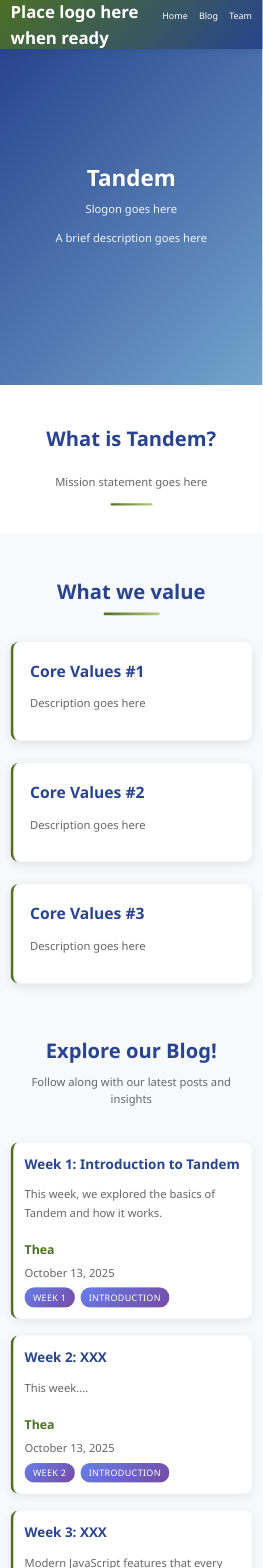
Repository: Bcit-sandy/TandemBlog
Page: /
An editor plug-in stored every save of this project. The page is shown before and after the next save, followed by the edit.
The browser window is 375 px wide. The pictures show the part of the page from y = 0 to 2240 px (the page is 2983 px tall before and 2903 px after), at 70% of full size.
The project was rebuilt for these pictures with package versions that can differ from the ones it lists, and the page was loaded fresh each time. Also part of the build but not shown: vite.config.js, src/pages/BlogPost.jsx, src/pages/About.css, src/pages/About.jsx.

Above is the page before, as saved 2025-10-13 16:12:01.

### src/index.css
:root {
  /* Typography & base */
  font-family: system-ui, Avenir, Helvetica, Arial, sans-serif;
  line-height: 1.5;
  font-weight: 400;
  color-scheme: light dark;
  color: rgba(255, 255, 255, 0.87);
  background-color: #242424;
  font-synthesis: none;
  text-rendering: optimizeLegibility;
  -webkit-font-smoothing: antialiased;
  -moz-osx-font-smoothing: grayscale;

  /* Color variables */
  --white: #ffffff;
  --black: #000000;

  --light-gray: #f5f7fb;
  --text-gray: #6b7280;
  --dark-gray: #2c3e50;
  --gray-500: #7f8c8d;
  --gray-200: #ecf0f1;
  --border-light: #f0f0f0;

  --blue-primary: #3b82f6;
  --blue-secondary: #60a5fa;

  --green-primary: #10b981;
  --green-secondary: #34d399;

  --indigo: #667eea;
  --purple: #764ba2;

  --link: #646cff;
  --link-hover: #535bf2;
  --link-hover-light: #747bff;

  --button-bg-dark: #1a1a1a;
}

a {
  font-weight: 500;
  color: var(--link);
  text-decoration: inherit;
}
a:hover {
  color: var(--link-hover);
}

html, body {
  margin: 0;
  padding: 0;
  min-width: 320px;
  font-family: system-ui, Avenir, Helvetica, Arial, sans-serif;
  background-color: var(--light-gray);
  overflow-x: hidden;
}

h1 {
  font-size: 3.2em;
  line-height: 1.1;
}

button {
  border-radius: 8px;
  border: 1px solid transparent;
  padding: 0.6em 1.2em;
  font-size: 1em;
  font-weight: 500;
  font-family: inherit;
  background-color: var(--button-bg-dark);
  cursor: pointer;
  transition: border-color 0.25s;
}
button:hover {
  border-color: var(--link);
}
button:focus,
button:focus-visible {
  outline: 4px auto -webkit-focus-ring-color;
}

@media (prefers-color-scheme: light) {
  :root {
    color: #213547;
    background-color: var(--white);
  }
  a:hover {
    color: var(--link-hover-light);
  }
  button {
    background-color: #f9f9f9;
  }
}

### src/App.jsx
import { BrowserRouter as Router, Routes, Route } from 'react-router-dom';
import Navbar from './components/Navbar';
import Home from './pages/Home';
import Blog from './pages/Blog';
import BlogPost from './pages/BlogPost';
import About from './pages/About';
import './App.css';

function App() {
  return (
    <Router>
      <div className="App">
        <Navbar />
        <main>
          <Routes>
            <Route path="/" element={<Home />} />
            <Route path="/blog" element={<Blog />} />
            <Route path="/blog/:id" element={<BlogPost />} />
            <Route path="/about" element={<About />} />
          </Routes>
        </main>
      </div>
    </Router>
  );
}

export default App;

### src/components/Navbar.jsx
import { Link } from 'react-router-dom';
import './Navbar.css';

const Navbar = () => {
  return (
    <nav className="navbar">

      <div className="nav-container">
        <Link to="/" className="nav-logo">
          Place logo here when ready
          {/*remeber to put the logo in the public folder, import it, and use <img src={logo} alt="logo" /> */}
        </Link>

        <ul className="nav-menu">
          <li className="nav-item">
            <Link to="/" className="nav-link">
              Home
            </Link>
          </li>

          <li className="nav-item">
            <Link to="/blog" className="nav-link">
              Blog
            </Link>
          </li>

          <li className="nav-item">
            <Link to="/about" className="nav-link">
              Team
            </Link>
          </li>

        </ul>
      </div>
    </nav>
  );
};

export default Navbar;

### src/pages/Home.jsx
import './Home.css';
import Blog from './Blog';

const Home = () => {
  return (
    <div className="home">
      <section className="hero">
        <div className="hero-content">
          <h1>Tandem</h1>
          <p>Slogon goes here</p>
          <p> A brief description goes here</p>
        </div>
      </section>

      <section className="our-mission">
        <div className="mission-content">
          <h1>What is Tandem?</h1>
          <p>Mission statement goes here</p>
        </div>
      </section>


      <section className="featured-posts">
        <h2>What we value</h2>

        <div className="posts-grid">
          <article className="post-card">
            <h3>Core Values #1</h3>
            <p>Description goes here</p>
          </article>

          <article className="post-card">
            <h3>Core Values #2</h3>
            <p>Description goes here</p>
          </article>

          <article className="post-card">
            <h3>Core Values #3</h3>
            <p>Description goes here</p>
          </article>

        </div>
      </section>

      <section>
        <Blog/>
      </section>

    </div>
  );
};

export default Home;

### src/pages/Blog.jsx
import { useState, useEffect } from 'react';
import { useNavigate } from 'react-router-dom';
import './Blog.css';
import postsData from '../data/posts.json';

const Blog = () => {
  const navigate = useNavigate();
  const [posts, setPosts] = useState([]);

  useEffect(() => {
    setPosts(postsData);
  }, []);

  const handlePostClick = (post) => {
    navigate(`/blog/${post.id}`);
  };

  return (
    <div className="blog">
      <div className="blog-container">
        <header className="blog-header">
          <h1>Explore our Blog!</h1>
          <p>Follow along with our latest posts and insights</p>
        </header>

        <div className="posts-list">
          {posts.map(post => (
            <article key={post.id} className="post-item" onClick={() => handlePostClick(post)}>
              <div className="post-info">
                <h3>{post.title}</h3>
                <p>{post.excerpt}</p>
                <div className="post-meta">
                  <span className="author">{post.author}</span>
                  <span className="date">{post.date}</span>
                  <div className="categories">
                    {post.category.map((cat, index) => (
                      <span key={index} className="category">{cat}</span>
                    ))}
                  </div>
                </div>
              </div>
            </article>
          ))}
        </div>
      </div>
    </div>
  );
};

export default Blog;

### src/App.css
/* Color Variables */
:root {
  --green-primary: #4C7026;
  --green-secondary: #B6CF7B;
  --blue-primary: #28448E;
  --blue-secondary: #73A4CD;
  --white: #ffffff;
  --light-gray: #f8f9fa;
  --dark-gray: #333333;
  --text-gray: #666666;
}

/* Global Styles */
* {
  margin: 0;
  padding: 0;
  box-sizing: border-box;
}

body {
  font-family: 'Segoe UI', Tahoma, Geneva, Verdana, sans-serif;
  line-height: 1.6;
  color: #333;
  background-color: #f8f9fa;
}

.App {
  min-height: 100vh;
  display: flex;
  flex-direction: column;
  width: 100%;
}

main {
  flex: 1;
  width: 100%;
  display: flex;
  flex-direction: column;
}

/* Utility Classes */
.container {
  max-width: 1200px;
  margin: 0 auto;
  padding: 0 20px;
}

.btn {
  display: inline-block;
  padding: 12px 24px;
  border: none;
  border-radius: 6px;
  text-decoration: none;
  font-weight: 600;
  cursor: pointer;
  transition: all 0.3s ease;
}

.btn-primary {
  background-color: var(--green-primary);
  color: var(--white);
}

.btn-primary:hover {
  background-color: var(--green-secondary);
  transform: translateY(-2px);
}

.btn-secondary {
  background-color: var(--blue-primary);
  color: var(--white);
}

.btn-secondary:hover {
  background-color: var(--blue-secondary);
  transform: translateY(-2px);
}

/* Responsive Design */
@media (max-width: 768px) {
  main {
    padding-top: 70px;
  }

  .container {
    padding: 0 15px;
  }
}

### src/components/Navbar.css
.navbar {
  position: fixed;
  top: 0;
  left: 0;
  right: 0;
  background: linear-gradient(135deg, var(--green-primary), var(--blue-primary));
  box-shadow: 0 2px 10px rgba(0, 0, 0, 0.1);
  z-index: 1000;
  height: 70px;
}

.nav-container {
  max-width: 1200px;
  margin: 0 auto;
  padding: 0 20px;
  display: flex;
  justify-content: space-between;
  align-items: center;
  height: 100%;
}

.nav-logo {
  font-size: 1.8rem;
  font-weight: bold;
  color: var(--white);
  text-decoration: none;
  transition: color 0.3s ease;
}

.nav-logo:hover {
  color: var(--green-secondary);
}

.nav-menu {
  display: flex;
  list-style: none;
  gap: 2rem;
  margin: 0;
  padding: 0;
}

.nav-item {
  position: relative;
}

.nav-link {
  color: var(--white);
  text-decoration: none;
  font-weight: 500;
  padding: 8px 16px;
  border-radius: 6px;
  transition: all 0.3s ease;
  position: relative;
}

.nav-link:hover {
  background-color: rgba(255, 255, 255, 0.1);
  color: var(--green-secondary);
}

.nav-link::after {
  content: '';
  position: absolute;
  bottom: -5px;
  left: 50%;
  width: 0;
  height: 2px;
  background-color: var(--green-secondary);
  transition: all 0.3s ease;
  transform: translateX(-50%);
}

.nav-link:hover::after {
  width: 80%;
}

/* Mobile Navigation */
@media (max-width: 768px) {
  .nav-container {
    padding: 0 15px;
  }

  .nav-logo {
    font-size: 1.5rem;
  }

  .nav-menu {
    gap: 1rem;
  }

  .nav-link {
    padding: 6px 12px;
    font-size: 0.9rem;
  }
}

@media (max-width: 480px) {
  .nav-menu {
    gap: 0.5rem;
  }

  .nav-link {
    padding: 4px 8px;
    font-size: 0.8rem;
  }
}

### src/pages/Home.css
.home {
  width: 100%;
  display: flex;
  flex-direction: column;
}

.hero {
  background: linear-gradient(135deg, var(--blue-primary), var(--blue-secondary));
  color: var(--white);
  padding: 80px 0;
  text-align: center;
  position: relative;
  overflow: hidden;
  min-height: 60vh;
  display: flex;
  align-items: center;
  justify-content: center;
}

.hero::before {
  content: '';
  position: absolute;
  top: 0;
  left: 0;
  right: 0;
  bottom: 0;
  background: url('data:[embedded picture, 296 characters]');
  opacity: 0.1;
}

.hero-content {
  position: relative;
  z-index: 1;
  width: 100%;
  max-width: 1200px;
  margin: 0 auto;
  padding: 0 20px;
}

.hero-content h1 {
  font-size: 3.5rem;
  margin-bottom: 1rem;
  font-weight: 700;
  text-shadow: 0 2px 4px rgba(0, 0, 0, 0.1);
}

.hero-content p {
  font-size: 1.3rem;
  margin-bottom: 1rem;
  max-width: 600px;
  margin-left: auto;
  margin-right: auto;
  opacity: 0.9;
}

.hero-content p:last-child {
  margin-bottom: 2rem;
}

/* Our Mission Section */
.our-mission {
  padding: 80px 0;
  background: var(--white);
  text-align: center;
}

.mission-content {
  max-width: 800px;
  margin: 0 auto;
  padding: 0 20px;
}

.mission-content h1 {
  font-size: 2.8rem;
  color: var(--blue-primary);
  margin-bottom: 2rem;
  font-weight: 700;
}

.mission-content p {
  font-size: 1.2rem;
  color: var(--text-gray);
  line-height: 1.8;
  max-width: 600px;
  margin: 0 auto;
  position: relative;
}

.mission-content p::after {
  content: '';
  position: absolute;
  bottom: -20px;
  left: 50%;
  transform: translateX(-50%);
  width: 60px;
  height: 3px;
  background: linear-gradient(90deg, var(--green-primary), var(--green-secondary));
  border-radius: 2px;
}

.featured-posts {
  padding: 80px 0;
  background-color: var(--light-gray);
}

.featured-posts h2 {
  text-align: center;
  font-size: 2.5rem;
  margin-bottom: 3rem;
  color: var(--blue-primary);
  position: relative;
}

.featured-posts h2::after {
  content: '';
  position: absolute;
  bottom: -10px;
  left: 50%;
  transform: translateX(-50%);
  width: 80px;
  height: 4px;
  background: linear-gradient(90deg, var(--green-primary), var(--green-secondary));
  border-radius: 2px;
}

.posts-grid {
  max-width: 1200px;
  margin: 0 auto;
  padding: 0 20px;
  display: grid;
  grid-template-columns: repeat(auto-fit, minmax(350px, 1fr));
  gap: 2rem;
}

.post-card {
  background: var(--white);
  border-radius: 12px;
  padding: 2rem;
  box-shadow: 0 4px 15px rgba(0, 0, 0, 0.1);
  transition: all 0.3s ease;
  border-left: 4px solid var(--green-primary);
  position: relative;
  overflow: hidden;
}

.post-card::before {
  content: '';
  position: absolute;
  top: 0;
  left: 0;
  right: 0;
  height: 4px;
  background: linear-gradient(90deg, var(--green-primary), var(--green-secondary));
  transform: scaleX(0);
  transition: transform 0.3s ease;
}

.post-card:hover::before {
  transform: scaleX(1);
}

.post-card:hover {
  transform: translateY(-5px);
  box-shadow: 0 8px 30px rgba(0, 0, 0, 0.15);
}

.post-card h3 {
  color: var(--blue-primary);
  font-size: 1.4rem;
  margin-bottom: 1rem;
  font-weight: 600;
}

.post-card p {
  color: var(--text-gray);
  margin-bottom: 1rem;
  line-height: 1.6;
}

.post-date {
  color: var(--green-primary);
  font-weight: 500;
  font-size: 0.9rem;
}

/* Responsive Design */
@media (max-width: 768px) {
  .hero-content h1 {
    font-size: 2.5rem;
  }

  .hero-content p {
    font-size: 1.1rem;
  }

  .mission-content h1 {
    font-size: 2.2rem;
  }

  .mission-content p {
    font-size: 1.1rem;
  }

  .featured-posts h2 {
    font-size: 2rem;
  }

  .posts-grid {
    grid-template-columns: 1fr;
    padding: 0 15px;
  }

  .post-card {
    padding: 1.5rem;
  }
}

@media (max-width: 480px) {
  .hero {
    padding: 60px 0;
  }

  .hero-content h1 {
    font-size: 2rem;
  }

  .hero-content p {
    font-size: 1rem;
  }

  .our-mission {
    padding: 60px 0;
  }

  .mission-content h1 {
    font-size: 1.8rem;
  }

  .mission-content p {
    font-size: 1rem;
  }

  .featured-posts {
    padding: 60px 0;
  }

  .featured-posts h2 {
    font-size: 1.8rem;
  }
}

### src/pages/Blog.css
.blog {
  width: 100%;
  background-color: var(--light-gray);
  padding: 40px 0;
  min-height: 80vh;
}

.blog-container {
  max-width: 1200px;
  width: 100%;
  margin: 0 auto;
  padding: 0 20px;
  display: flex;
  flex-direction: column;
  align-items: center;
}

.blog-header {
  text-align: center;
  margin-bottom: 3rem;
}

.blog-header h1 {
  font-size: 2.8rem;
  color: var(--blue-primary);
  margin-bottom: 1rem;
  font-weight: 700;
}

.blog-header p {
  font-size: 1.2rem;
  color: var(--text-gray);
  max-width: 600px;
  margin: 0 auto;
}

.posts-list {
  display: grid;
  grid-template-columns: repeat(2, 1fr);
  gap: 1.5rem;
  max-width: 1000px;
  width: 100%;
  justify-content: center;
}

.post-item {
  background: var(--white);
  border-radius: 12px;
  padding: 2rem;
  box-shadow: 0 4px 15px rgba(0, 0, 0, 0.08);
  transition: all 0.3s ease;
  cursor: pointer;
  border-left: 4px solid var(--green-primary);
}

.post-item:hover {
  transform: translateY(-3px);
  box-shadow: 0 8px 25px rgba(0, 0, 0, 0.12);
  border-left-color: var(--green-secondary);
}

.post-info h3 {
  color: var(--blue-primary);
  font-size: 1.5rem;
  margin-bottom: 1rem;
  font-weight: 600;
}

.post-info p {
  color: var(--text-gray);
  margin-bottom: 1.5rem;
  line-height: 1.6;
}

.post-meta {
  display: flex;
  gap: 1.5rem;
  flex-wrap: wrap;
  font-size: 0.9rem;
}

.post-meta .author {
  color: var(--green-primary);
  font-weight: 600;
}

.post-meta .date {
  color: var(--text-gray);
}

.categories {
  display: flex;
  gap: 0.5rem;
  flex-wrap: wrap;
}

.post-meta .category {
  background-color: var(--blue-secondary);
  color: var(--white);
  padding: 4px 12px;
  border-radius: 20px;
  font-size: 0.8rem;
  font-weight: 500;
}

/* Blog Post Detail View */
.back-button {
  background-color: var(--blue-primary);
  color: var(--white);
  border: none;
  padding: 10px 20px;
  border-radius: 6px;
  cursor: pointer;
  font-weight: 500;
  margin-bottom: 2rem;
  transition: all 0.3s ease;
}

.back-button:hover {
  background-color: var(--blue-secondary);
  transform: translateX(-3px);
}

.blog-post {
  background: var(--white);
  border-radius: 12px;
  padding: 3rem;
  box-shadow: 0 4px 20px rgba(0, 0, 0, 0.1);
  border-left: 4px solid var(--green-primary);
}

.post-header h1 {
  color: var(--blue-primary);
  font-size: 2.5rem;
  margin-bottom: 1.5rem;
  font-weight: 700;
  line-height: 1.3;
}

.post-header .post-meta {
  margin-bottom: 2rem;
  padding-bottom: 1.5rem;
  border-bottom: 2px solid var(--light-gray);
}

.post-content {
  font-size: 1.1rem;
  line-height: 1.8;
  color: var(--dark-gray);
}

.post-content p {
  margin-bottom: 1.5rem;
}

/* Responsive Design */
@media (max-width: 1024px) {
  .posts-list {
    max-width: 800px;
    width: 100%;
  }
}

@media (max-width: 768px) {
  .posts-list {
    grid-template-columns: 1fr;
    max-width: 600px;
    width: 100%;
  }

  .blog-header h1 {
    font-size: 2.2rem;
  }

  .blog-header p {
    font-size: 1rem;
  }

  .post-item {
    padding: 1.5rem;
  }

  .post-info h3 {
    font-size: 1.3rem;
  }

  .post-meta {
    gap: 1rem;
  }

  .blog-post {
    padding: 2rem;
  }

  .post-header h1 {
    font-size: 2rem;
  }
}

@media (max-width: 480px) {
  .blog {
    padding: 20px 0;
  }

  .blog-container {
    padding: 0 15px;
  }

  .blog-header h1 {
    font-size: 1.8rem;
  }

  .post-item {
    padding: 1rem;
  }

  .post-info h3 {
    font-size: 1.2rem;
  }

  .post-meta {
    flex-direction: column;
    gap: 0.5rem;
  }

  .categories {
    justify-content: center;
  }

  .blog-post {
    padding: 1.5rem;
  }

  .post-header h1 {
    font-size: 1.6rem;
  }
}

### src/data/posts.json
[
  {
    "id": 1,
    "title": "Week 1: Introduction to Tandem",
    "excerpt": "This week, we explored the basics of Tandem and how it works.",
    "content": "What happened this week?",
    "author": "Thea",
    "date": "October 13, 2025",
    "category": ["Week 1", "Introduction"]
  },
  {
    "id": 2,
    "title": "Week 2: XXX",
    "excerpt": "This week....",
    "content": "Detailed description of what happened this week.",
    "author": "Thea",
    "date": "October 13, 2025",
    "category": ["Week 2", "Introduction"]
  },
  {
    "id": 3,
    "title": "Week 3: XXX",
    "excerpt": "Modern JavaScript features that every developer should know.",
    "content": "Lorem ipsum dolor sit amet, consectetur adipiscing elit. Sed do eiusmod tempor incididunt ut labore et dolore magna aliqua.",
    "author": "Mike Johnson",
    "date": "March 15, 2024",
    "category": ["JavaScript", "ES6", "Programming"]
  },
  {
    "id": 4,
    "title": "Week 4: XXX",
    "excerpt": "Best practices for creating websites that work on all devices.",
    "content": "Lorem ipsum dolor sit amet, consectetur adipiscing elit. Sed do eiusmod tempor incididunt ut labore et dolore magna aliqua.",
    "author": "Sarah Wilson",
    "date": "March 12, 2024",
    "category": ["Web Design", "Responsive", "UX"]
  },
  {
    "id": 5,
    "title": "Week 5: XXX",
    "excerpt": "Getting started with server-side JavaScript development.",
    "content": "Node.js allows you to run JavaScript on the server, opening up new possibilities for full-stack development. Built on Chrome's V8 JavaScript engine, Node.js provides a non-blocking, event-driven architecture that's perfect for building scalable network applications. You can use the same language (JavaScript) for both frontend and backend development, which simplifies the development process and allows for code sharing. Node.js comes with npm, the world's largest software registry, giving you access to thousands of packages. Popular frameworks like Express.js make it easy to build web servers and APIs. The event loop handles asynchronous operations efficiently, making Node.js particularly good for real-time applications, APIs, and microservices. Whether you're building a simple web server or a complex application, Node.js provides the tools and ecosystem you need.",
    "author": "David Brown",
    "date": "March 10, 2024",
    "category": ["Backend", "Node.js", "Server"]
  }
]

### src/pages/BlogPost.css
.blog-post {
  width: 100%;
  background: linear-gradient(135deg, var(--indigo) 0%, var(--purple) 100%);
  padding: 2rem 0;
  min-height: 80vh;
}

.blog-post-container {
  max-width: 800px;
  width: 100%;
  margin: 0 auto;
  padding: 0 1rem;
}

.back-button {
  background: rgba(255, 255, 255, 0.1);
  border: 2px solid rgba(255, 255, 255, 0.2);
  color: var(--white);
  padding: 0.75rem 1.5rem;
  border-radius: 50px;
  font-size: 1rem;
  font-weight: 600;
  cursor: pointer;
  transition: all 0.3s ease;
  margin-bottom: 2rem;
  backdrop-filter: blur(10px);
}

.back-button:hover {
  background: rgba(255, 255, 255, 0.2);
  border-color: rgba(255, 255, 255, 0.3);
  transform: translateY(-2px);
  box-shadow: 0 8px 25px rgba(0, 0, 0, 0.15);
}

.post-detail {
  background: var(--white);
  border-radius: 20px;
  padding: 3rem;
  box-shadow: 0 20px 60px rgba(0, 0, 0, 0.1);
  backdrop-filter: blur(10px);
  border: 1px solid rgba(255, 255, 255, 0.2);
}

.post-header {
  margin-bottom: 2rem;
  padding-bottom: 2rem;
  border-bottom: 2px solid var(--border-light);
}

.post-title {
  font-size: 2.5rem;
  font-weight: 700;
  color: var(--dark-gray);
  margin-bottom: 1.5rem;
  line-height: 1.2;
}

.post-meta {
  display: flex;
  flex-direction: column;
  gap: 0.5rem;
}

.meta-row {
  display: flex;
  justify-content: space-between;
  align-items: center;
  flex-wrap: wrap;
  gap: 1rem;
}

.author {
  font-weight: 600;
  color: var(--indigo);
  font-size: 1.1rem;
}

.date {
  color: var(--gray-500);
  font-size: 1rem;
}

.categories {
  display: flex;
  gap: 0.5rem;
  flex-wrap: wrap;
}

.category {
  background: linear-gradient(135deg, var(--indigo), var(--purple));
  color: var(--white);
  padding: 0.5rem 1rem;
  border-radius: 25px;
  font-size: 0.9rem;
  font-weight: 600;
  text-transform: uppercase;
  letter-spacing: 0.5px;
}

.post-content {
  margin: 2rem 0;
  line-height: 1.8;
  font-size: 1.1rem;
  color: var(--dark-gray);
}

.post-content p {
  margin-bottom: 1.5rem;
  text-align: justify;
}

.post-footer {
  margin-top: 3rem;
  padding-top: 2rem;
  border-top: 2px solid #f0f0f0;
  display: flex;
  justify-content: space-between;
  align-items: center;
  flex-wrap: wrap;
  gap: 1rem;
}

.post-tags {
  display: flex;
  gap: 0.5rem;
  flex-wrap: wrap;
}

.tag {
  background: var(--gray-200);
  color: var(--dark-gray);
  padding: 0.5rem 1rem;
  border-radius: 20px;
  font-size: 0.9rem;
  font-weight: 500;
  transition: all 0.3s ease;
}

.tag:hover {
  background: var(--indigo);
  color: var(--white);
  transform: translateY(-2px);
}


.post-actions {
  display: flex;
  gap: 1rem;
}

.share-button,
.bookmark-button {
  background: transparent;
  border: 2px solid var(--indigo);
  color: var(--indigo);
  padding: 0.75rem 1.5rem;
  border-radius: 25px;
  font-weight: 600;
  cursor: pointer;
  transition: all 0.3s ease;
  font-size: 0.9rem;
}

.share-button:hover,
.bookmark-button:hover {
  background: var(--indigo);
  color: var(--white);
  transform: translateY(-2px);
  box-shadow: 0 5px 15px rgba(102, 126, 234, 0.3);
}


.loading {
  text-align: center;
  color: var(--white);
  font-size: 1.2rem;
  padding: 4rem 0;
}

.error {
  text-align: center;
  color: var(--white);
  padding: 4rem 0;
}

.error h2 {
  font-size: 2rem;
  margin-bottom: 1rem;
}

.error p {
  font-size: 1.1rem;
  margin-bottom: 2rem;
  opacity: 0.9;
}

/* Responsive Design */
@media (max-width: 768px) {
  .blog-post {
    padding: 1rem 0;
  }

  .blog-post-container {
    padding: 0 0.5rem;
  }

  .post-detail {
    padding: 2rem 1.5rem;
    border-radius: 15px;
  }

  .post-title {
    font-size: 2rem;
  }

  .meta-row {
    flex-direction: column;
    align-items: flex-start;
    gap: 0.5rem;
  }

  .categories {
    justify-content: flex-start;
  }

  .post-footer {
    flex-direction: column;
    align-items: flex-start;
  }

  .post-actions {
    width: 100%;
    justify-content: center;
  }
}

@media (max-width: 480px) {
  .post-detail {
    padding: 1.5rem 1rem;
  }

  .post-title {
    font-size: 1.8rem;
  }

  .post-content {
    font-size: 1rem;
  }

  .share-button,
  .bookmark-button {
    padding: 0.6rem 1.2rem;
    font-size: 0.8rem;
  }
}

Loaded but not shown: index.html (common file); src/main.jsx (common file)

After the next save:
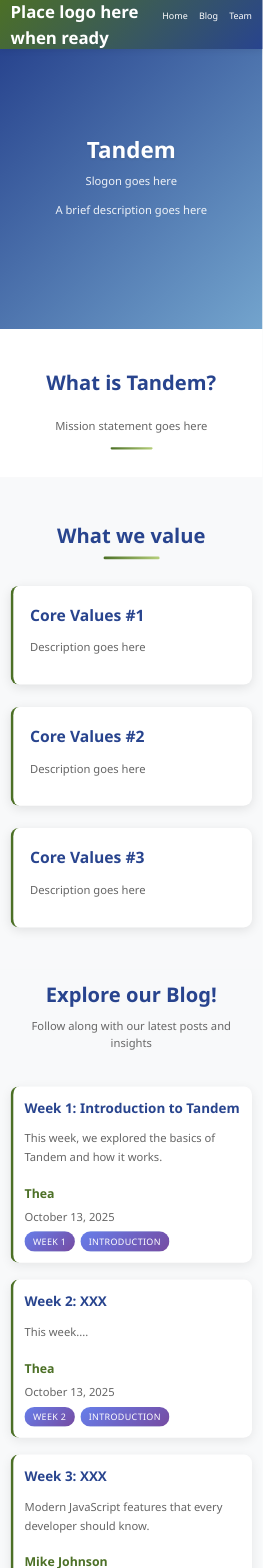
Saved 3 s later.
--- a/src/pages/Home.css
+++ b/src/pages/Home.css
@@ -218,6 +218,7 @@
 @media (max-width: 480px) {
   .hero {
     padding: 60px 0;
+    min-height: 50vh;
   }
 
   .hero-content h1 {
